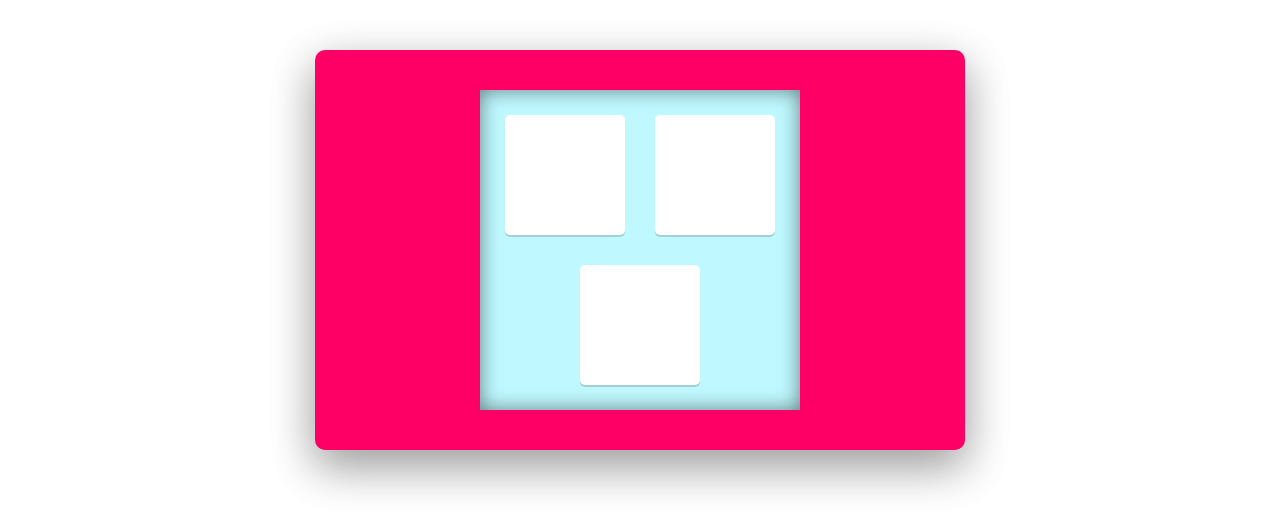
Repository: Zolds403/pokedex
Page: /
The author's editor kept a copy of each file at every save. The page is drawn from the files as they stood at one save, then again after the next save.
The browser window is 1280 px wide. The pictures show the whole page.
The project was rebuilt for these pictures with package versions that can differ from the ones it lists, and the page was loaded fresh each time.

Above is the page before, as saved 2021-06-30 14:28:34.

After the next save:
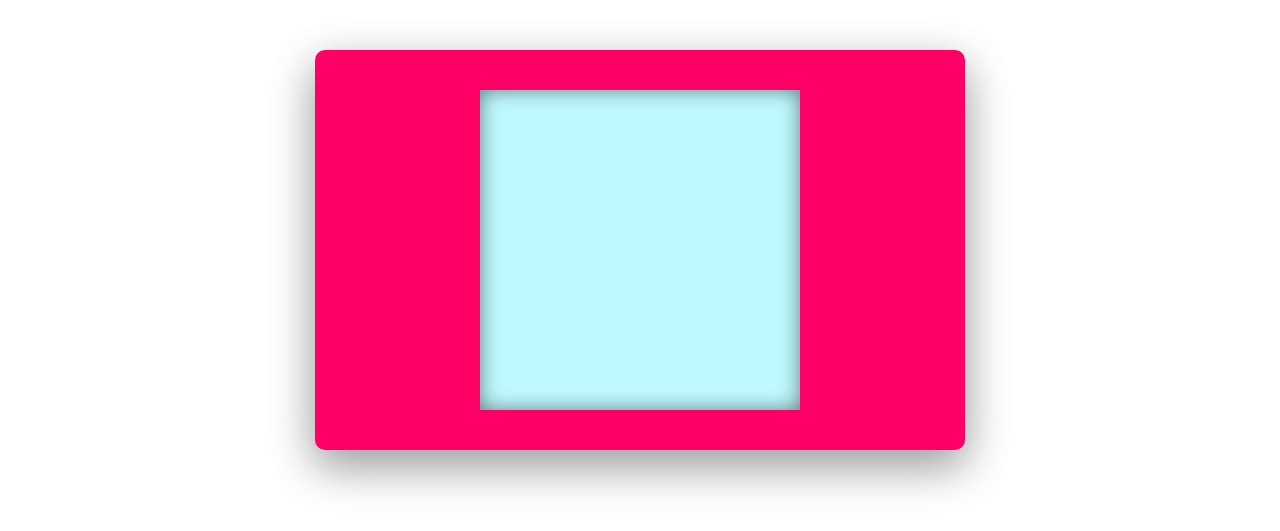
Saved 7 min 10 s later.
--- a/src/components/PokeList.js
+++ b/src/components/PokeList.js
@@ -1,13 +1,20 @@
 import React from 'react';
-import PokeCell from './PokeCell'
+import PokeCell from './PokeCell';
+import { pokeClasses } from '../pokeClasses';
 import './styles/PokeList.css';
 
 const PokeList = () => {
+    const cells = pokeClasses.map(pokeClass => {
+        return (
+            <PokeCell
+                key={pokeClass.id}
+                pokeClass={pokeClass}
+            />
+        );
+    });
     return (
         <section className="poke-list">
-            <PokeCell />
-            <PokeCell />
-            <PokeCell />
+
         </section>
     )
 }
